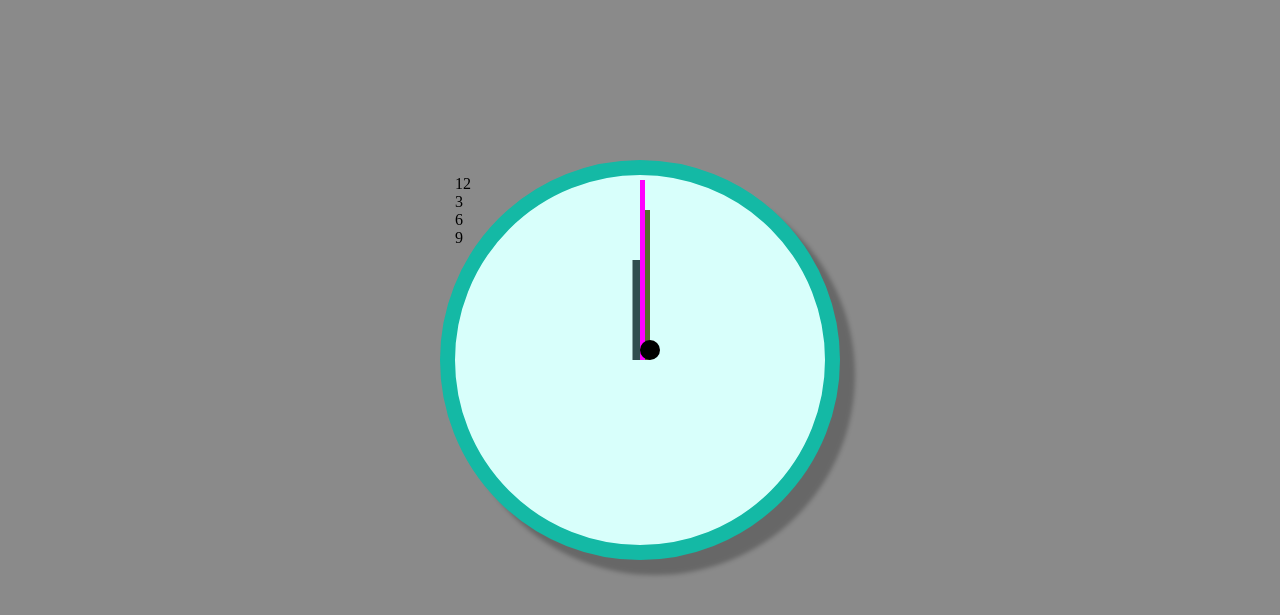
Repository: ChenWarren/web-clock
Page: index.html
These files come from the project's save history. The page is drawn as it stood at one moment and after a run of saves; the edit follows.
The browser window is 1280 px wide. The pictures show the whole page.

Above is the page before, as saved 2021-03-18 20:56:21.

### index.html
<!DOCTYPE html>
<html lang="en">
<head>
    <meta charset="UTF-8">
    <meta http-equiv="X-UA-Compatible" content="IE=edge">
    <meta name="viewport" content="width=device-width, initial-scale=1.0">
    <link rel="stylesheet" href="main.css">
    <title>Clock</title>
</head>
<body>
    <main class="clock">
        <div class="hour"></div>
        <div class="minute"></div>
        <div class="second"></div>
        <div class="center_dot"></div>

        <div class="number">
            <div class="num_1">12</div>
        </div>
        <div class="number">
            <div class="num_3">3</div>
        </div>
        <div class="number">
            <div class="num_1">6</div>
        </div>
        <div class="number">
            <div class="num_1">9</div>
        </div>

        <div class="dot"></div>
        <div class="dot"></div>
        <div class="dot"></div>
        <div class="dot"></div>
        <div class="dot"></div>
        <div class="dot"></div>
        <div class="dot"></div>
        <div class="dot"></div>
    </main>

    <script src="clock.js"></script>

</body>
</html>

### main.css
* {
    margin: 0;
    padding: 0;
    box-sizing: border-box;
}

body {
    background-color: rgb(138, 138, 138);
    display: flex;
    justify-content: center;
    align-items: center;
    width: 100vw;
    height: 100vh;
    overflow: hidden;
}

.clock {
    width: 400px;
    height: 400px;
    border-radius: 50%;
    background: #d8fffb;
    border: 15px solid #14B9A5;
    box-sizing: border-box;
    box-shadow: 15px 15px 4px rgba(0, 0, 0, 0.25);
    position: relative;
}

.hour {
    width: 15px;
    height: 100px;
    background-color:  darkslategray;
    position: absolute;
    left: 50%;
    bottom: 50%;
    transform: translate(-50%);
}

.minute {
    width: 10px;
    height: 150px;
    background-color:darkolivegreen;
    position: absolute;
    left: 50%;
    bottom: 50%;
}

.second {
    width: 5px;
    height: 180px;
    background-color: fuchsia;
    position: absolute;
    left: 50%;
    bottom: 50%;
}

.center_dot {
    background-color: #000;
    width: 20px;
    height: 20px;
    border-radius: 50%;
    position: absolute;
    left: 50%;
    bottom: 50%;
}

Loaded but not shown: clock.js (no copy from this time; the picture is the same without it)

After the next 2 saves:
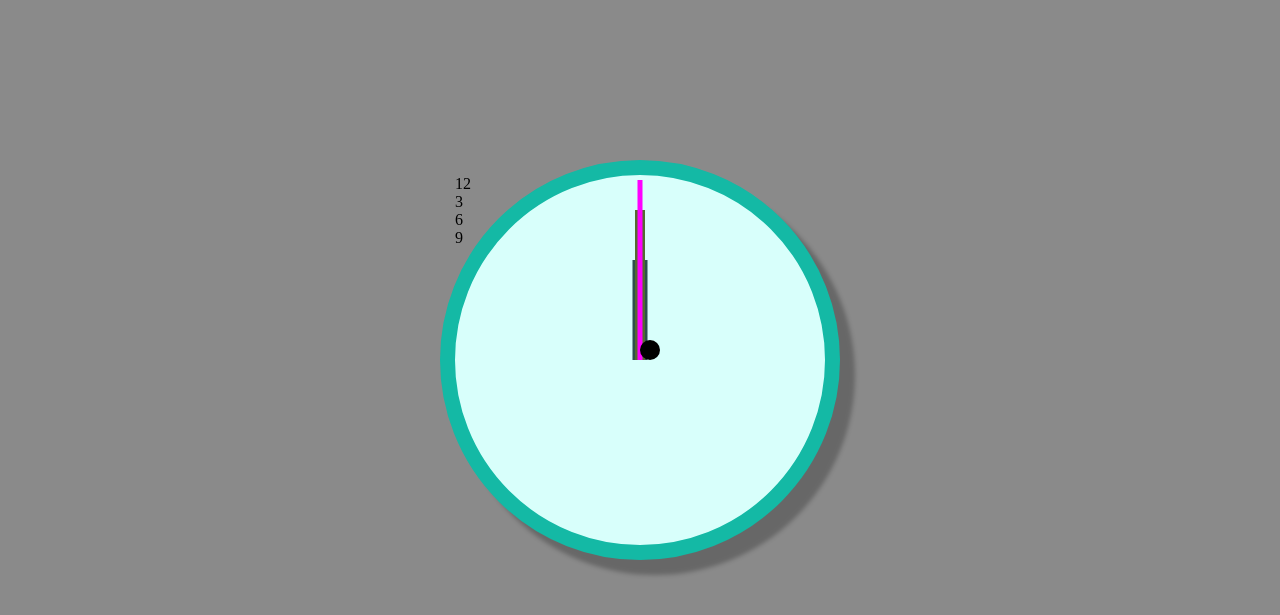
The 2 saves are shown as one change because they came seconds apart.
The last was saved 14 s later.
--- a/main.css
+++ b/main.css
@@ -42,6 +42,7 @@ body {
     position: absolute;
     left: 50%;
     bottom: 50%;
+    transform: translate(-50%);
 }
 
 .second {
@@ -51,6 +52,7 @@ body {
     position: absolute;
     left: 50%;
     bottom: 50%;
+    transform: translate(-50%);
 }
 
 .center_dot {
